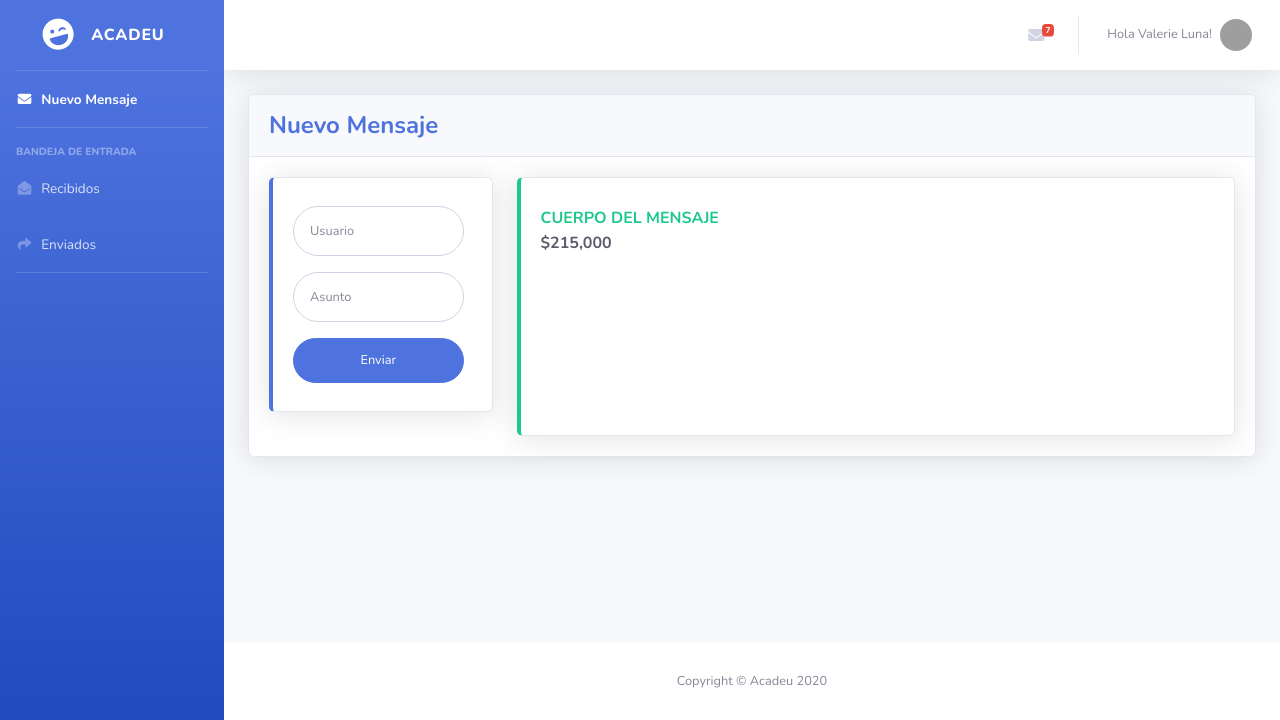
Repository: nicolask92/spring_java_test
Page: http://localhost/nuevo-mensaje
An editor plug-in stored every save of this project. The page is shown before and after the next save, followed by the edit.
The browser window is 1280 px wide. The pictures show the whole page.
Pictures or frames that could not be fetched are drawn as grey boxes. The page is this project's Thymeleaf template; nobody is signed in. The template is opened directly, without the code that normally fills it, so the values that code supplies are empty.

Above is the page before, as saved 2020-06-13 21:48:46.

After the next save:
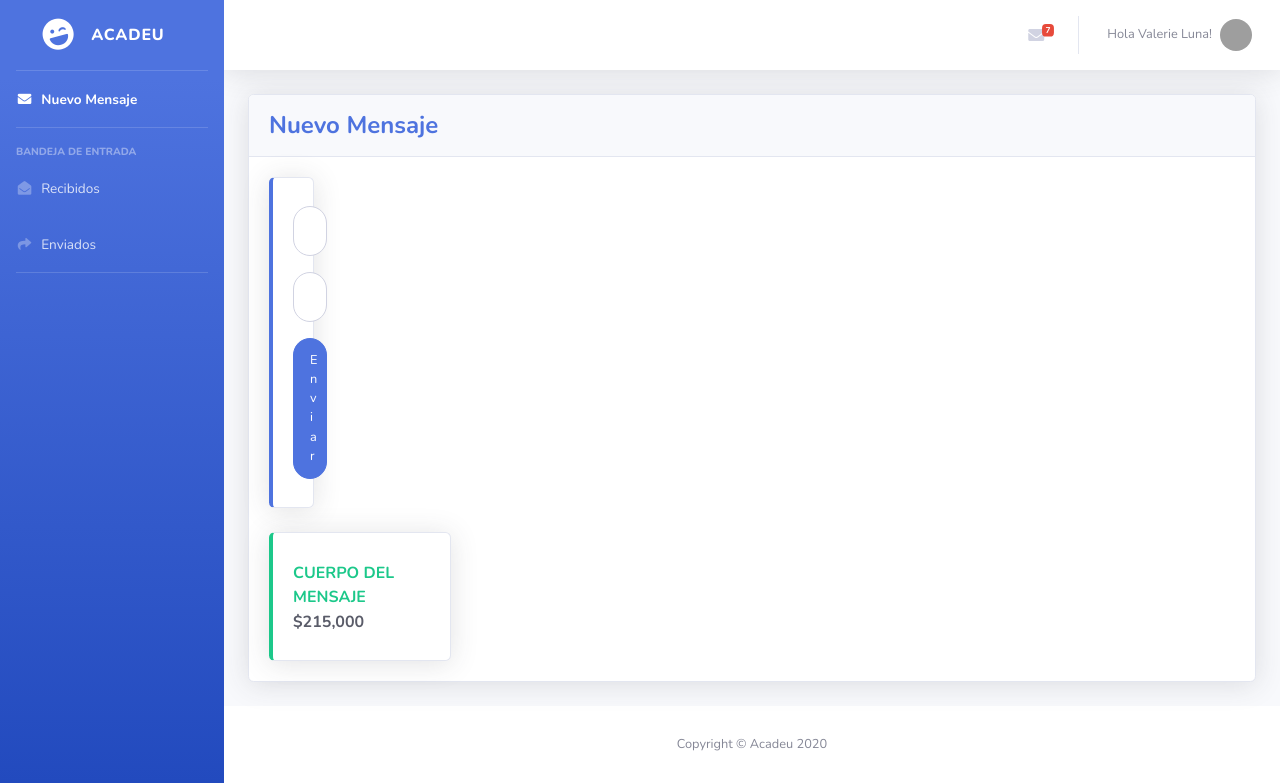
Saved 41 s later.
--- a/spring-tutorial/src/main/resources/templates/nuevo-mensaje.html
+++ b/spring-tutorial/src/main/resources/templates/nuevo-mensaje.html
@@ -203,12 +203,13 @@
 						<div class="card-body">
 							<div class="row">
 								<!-- Asunto y Usuario a Enviar -->
+								<form class="user">
 								<div class="col-xl-3 col-md-6 mb-4">
 					              <div class="card border-left-primary shadow h-100 py-2">
 					                <div class="card-body">
 					                  <div class="row no-gutters align-items-center">
 					                    <div class="col mr-2">
-													<form class="user">
+
 														<div class="form-group">
 															<input required type="text"
 																class="form-control form-control-user"
@@ -238,11 +239,12 @@
 					                      <div class="text-s font-weight-bold text-success text-uppercase mb-1">Cuerpo del Mensaje</div>
 					                      <div class="h6 mb-0 font-weight-bold text-gray-800">$215,000</div>
 										</div>
-										</form>
+
 					                  </div>
 					                </div>
 					              </div>
 					            </div>
+					            </form>
 							</div>
 						</div>
 					</div>

After the save that followed:
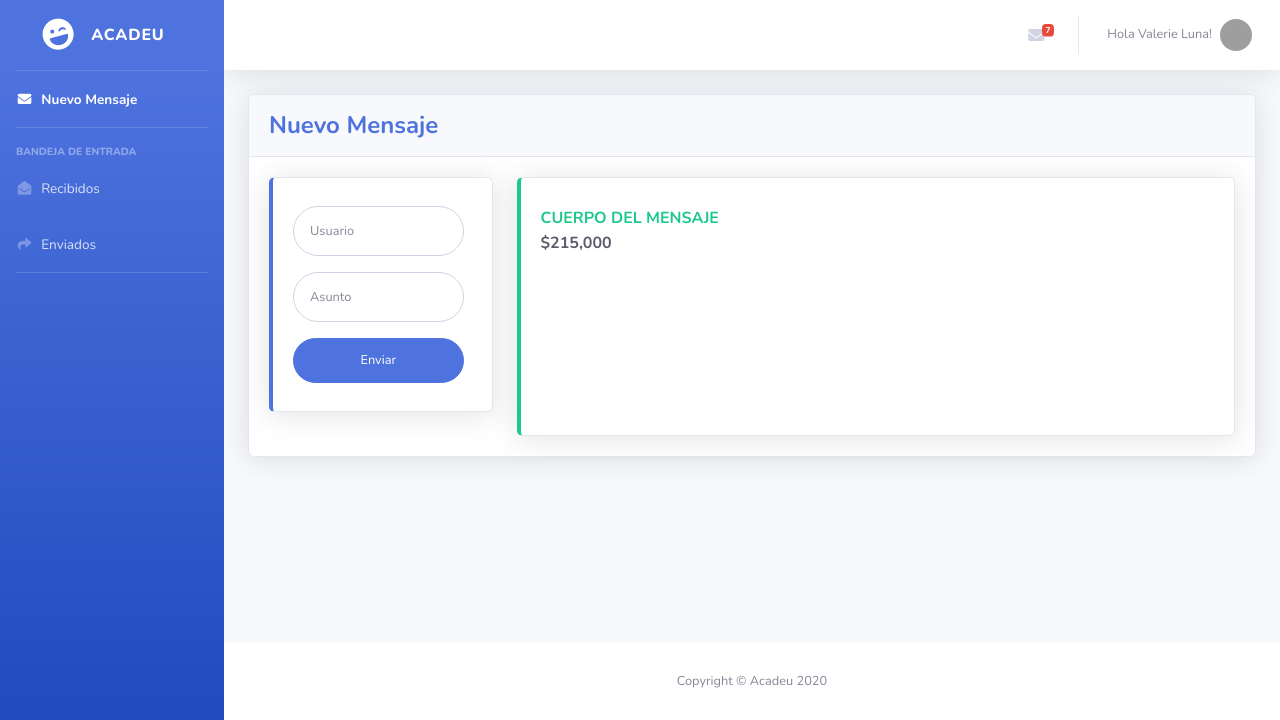
Saved 8 s later.
--- a/spring-tutorial/src/main/resources/templates/nuevo-mensaje.html
+++ b/spring-tutorial/src/main/resources/templates/nuevo-mensaje.html
@@ -203,13 +203,12 @@
 						<div class="card-body">
 							<div class="row">
 								<!-- Asunto y Usuario a Enviar -->
-								<form class="user">
 								<div class="col-xl-3 col-md-6 mb-4">
 					              <div class="card border-left-primary shadow h-100 py-2">
 					                <div class="card-body">
 					                  <div class="row no-gutters align-items-center">
 					                    <div class="col mr-2">
-
+													<form class="user">
 														<div class="form-group">
 															<input required type="text"
 																class="form-control form-control-user"
@@ -239,12 +238,11 @@
 					                      <div class="text-s font-weight-bold text-success text-uppercase mb-1">Cuerpo del Mensaje</div>
 					                      <div class="h6 mb-0 font-weight-bold text-gray-800">$215,000</div>
 										</div>
-
+										</form>
 					                  </div>
 					                </div>
 					              </div>
 					            </div>
-					            </form>
 							</div>
 						</div>
 					</div>
